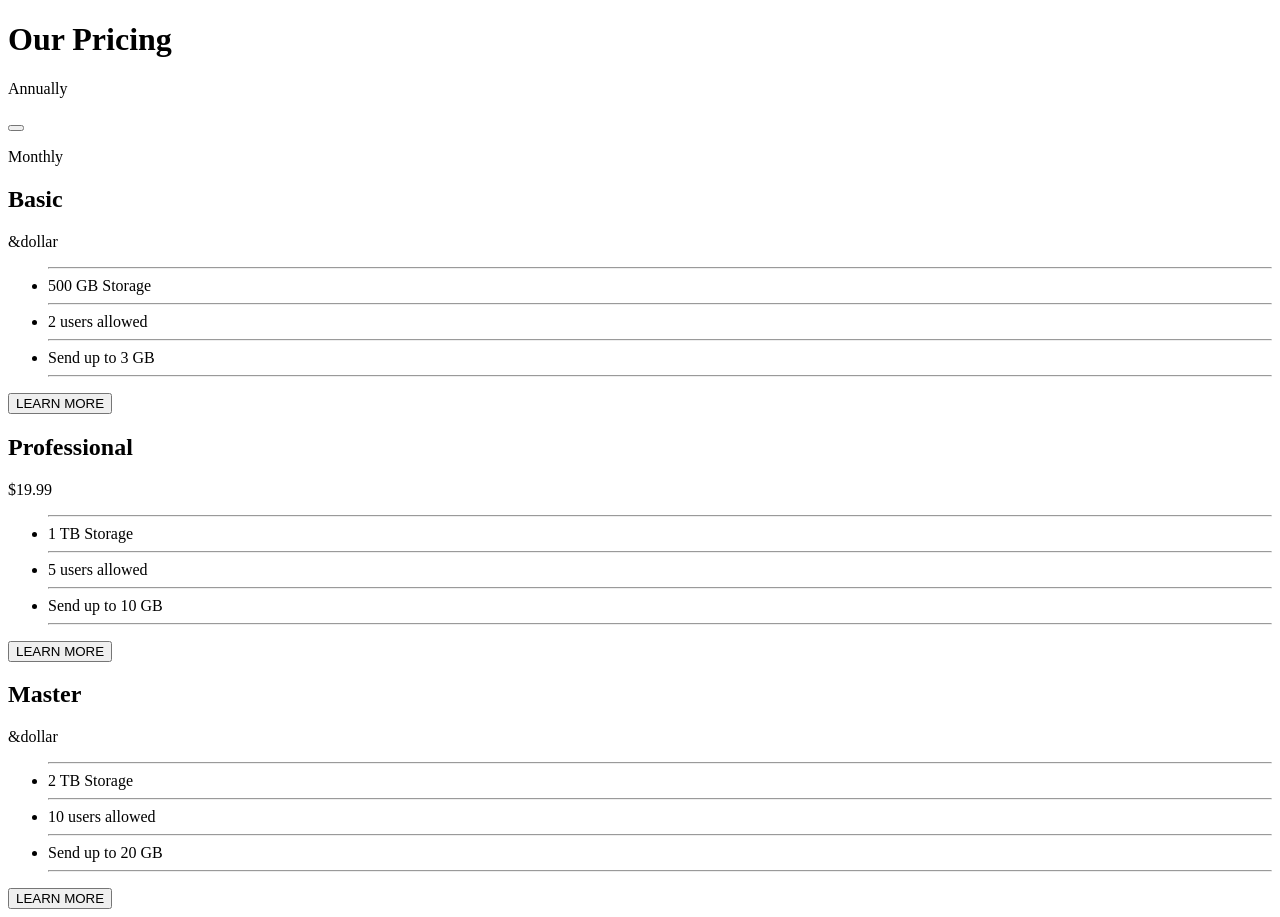
Repository: lah23500/Pricing-App
Page: Price landing page/index.html
These files come from the project's save history. The page is drawn as it stood at one moment and after the next save; the edit follows.
The browser window is 1280 px wide. The pictures show the whole page.

Above is the page before, as saved 2024-01-19 14:31:39.

After the next save:
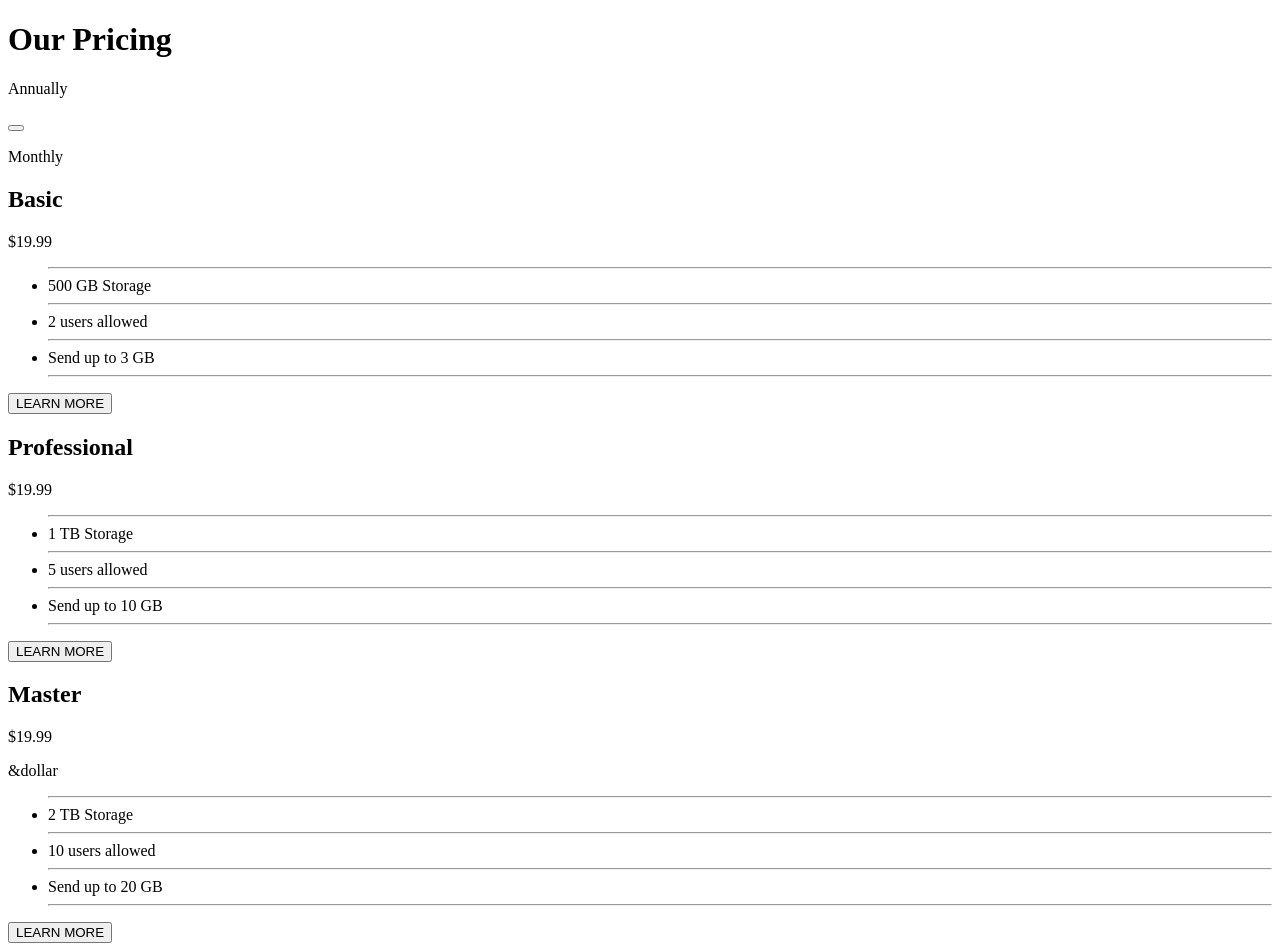
Saved 37 s later.
--- a/Price landing page/index.html
+++ b/Price landing page/index.html
@@ -24,7 +24,7 @@
           <article class="pricing container">
       <h2>Basic</h2>
 
-      <p>&dollar</p>
+     <p class="price-1"><span class="dollar-sign">&dollar;</span>19.99</p>
       <ul>
         <hr />
         <li>500 GB Storage</li>
@@ -58,7 +58,7 @@
           <!-- Container 3 -->
           <article class="pricing container">
       <h2>Master</h2>
-
+<p class="price-1"><span class="dollar-sign">&dollar;</span>19.99</p>
       <p>&dollar</p>
       <ul>
         <hr />

After the save that followed:
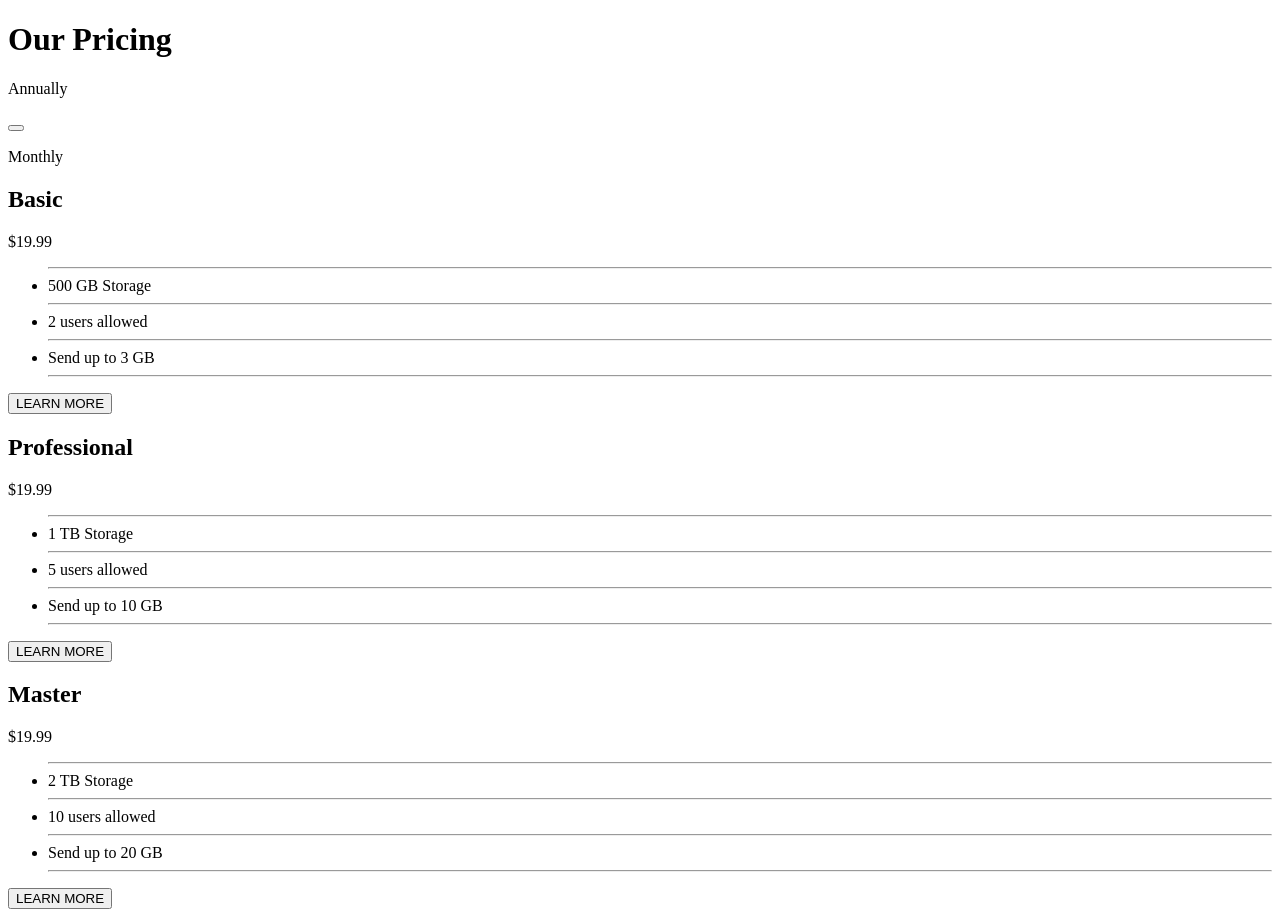
Saved 11 s later.
--- a/Price landing page/index.html
+++ b/Price landing page/index.html
@@ -59,7 +59,7 @@
           <article class="pricing container">
       <h2>Master</h2>
 <p class="price-1"><span class="dollar-sign">&dollar;</span>19.99</p>
-      <p>&dollar</p>
+
       <ul>
         <hr />
         <li>2 TB Storage</li>
